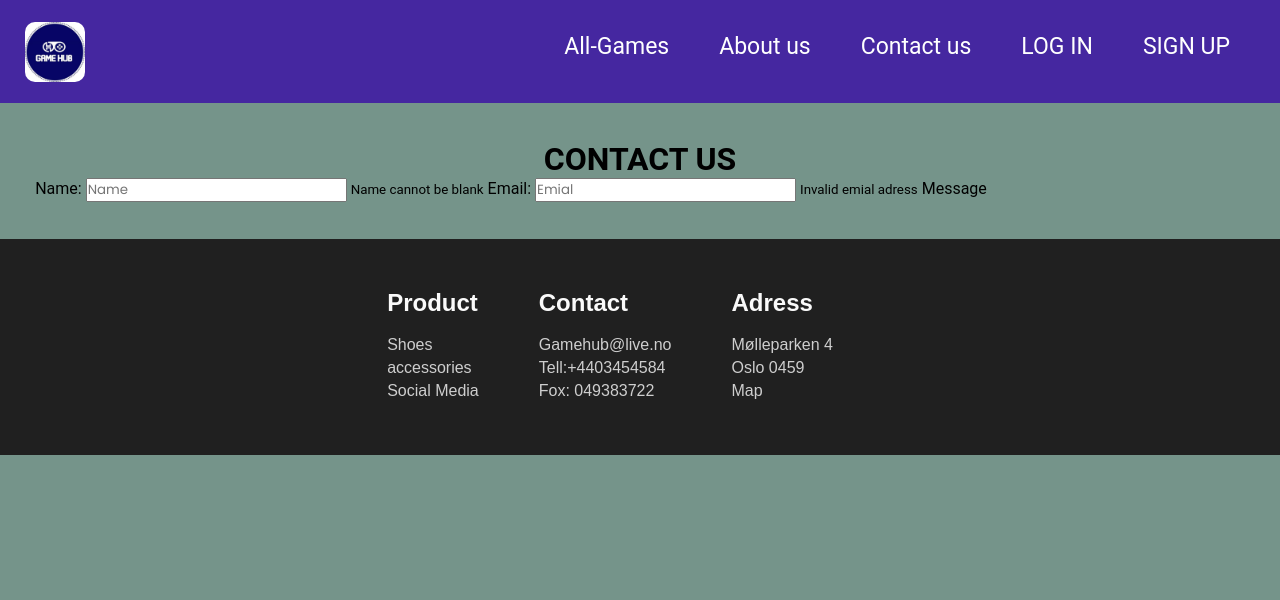
Repository: Fariaddd/HTML-CSS-reset
Page: concats.html
The author's editor kept a copy of each file at every save. The page is drawn from the files as they stood at one save, then again after the next save.
The browser window is 1280 px wide. The pictures show the whole page.
Some web fonts or font styles are not loaded; a fallback is used. Some web libraries are served in a nearby version.

Above is the page before, as saved 2022-04-30 16:41:08.
Console error: SyntaxError: Unexpected end of input

After the next save:
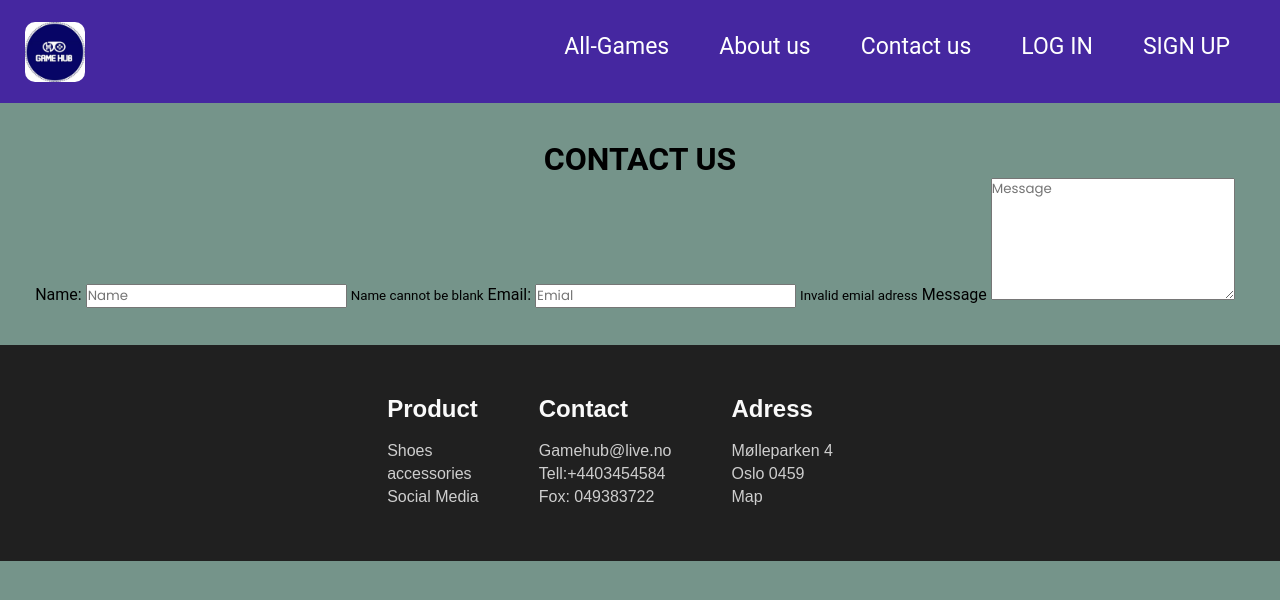
Saved 33 s later.
--- a/concats.html
+++ b/concats.html
@@ -48,6 +48,7 @@
       <input type="text" id="email" placeholder="Emial" class="error-border">
       <small class="error">Invalid emial adress</small>
       <label for="message">Message</label>
+      <textarea id="message" placeholder="Message" rows="6"></textarea>
     </form>
       <footer>
         <div class="footer-container">
